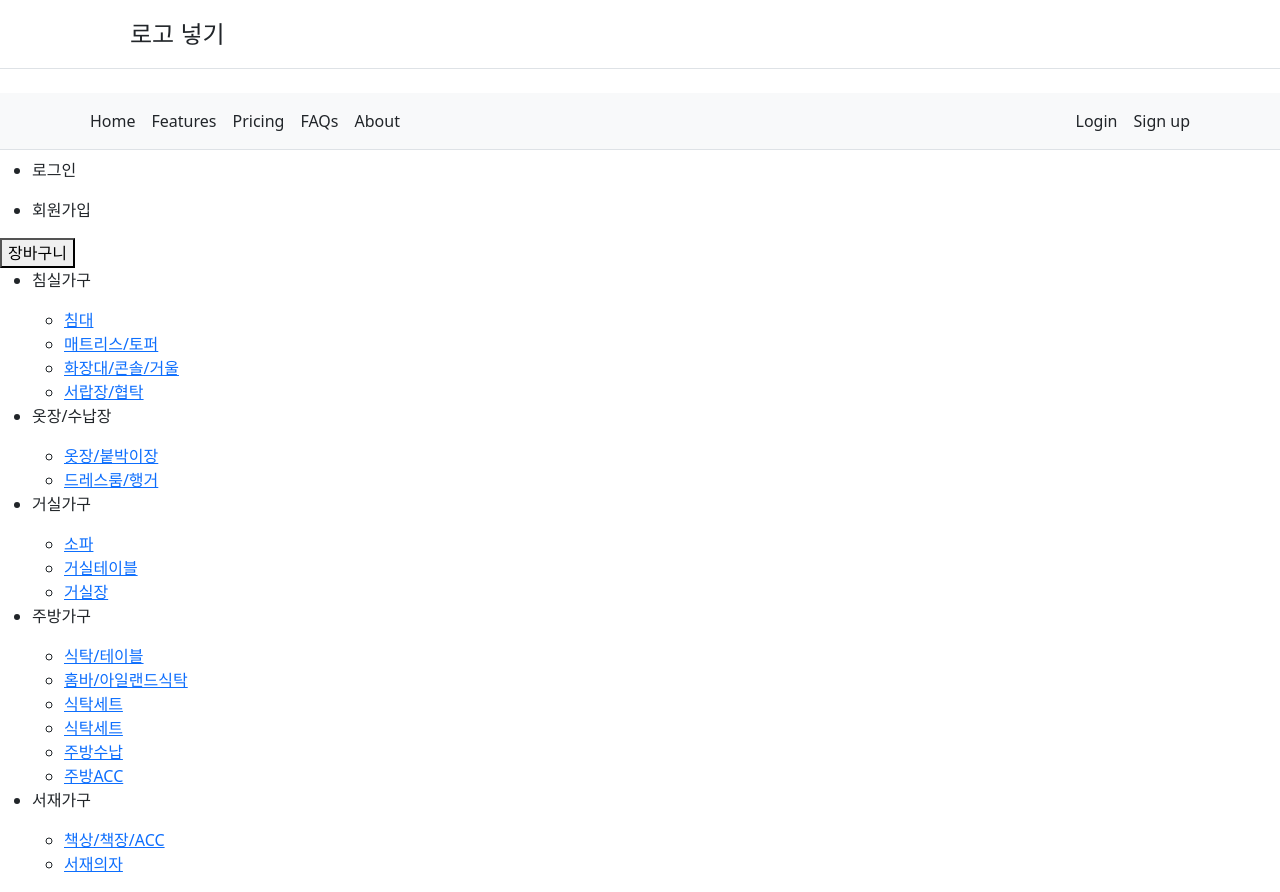
Repository: raoniee/Elice-House-Project
Page: FE/src/components/header/header.html
The author's editor kept a copy of each file at every save. The page is drawn from the files as they stood at one save, then again after the next save.
The browser window is 1280 px wide. The pictures show the whole page.

Above is the page before, as saved 2023-07-04 16:04:46.

After the next save:
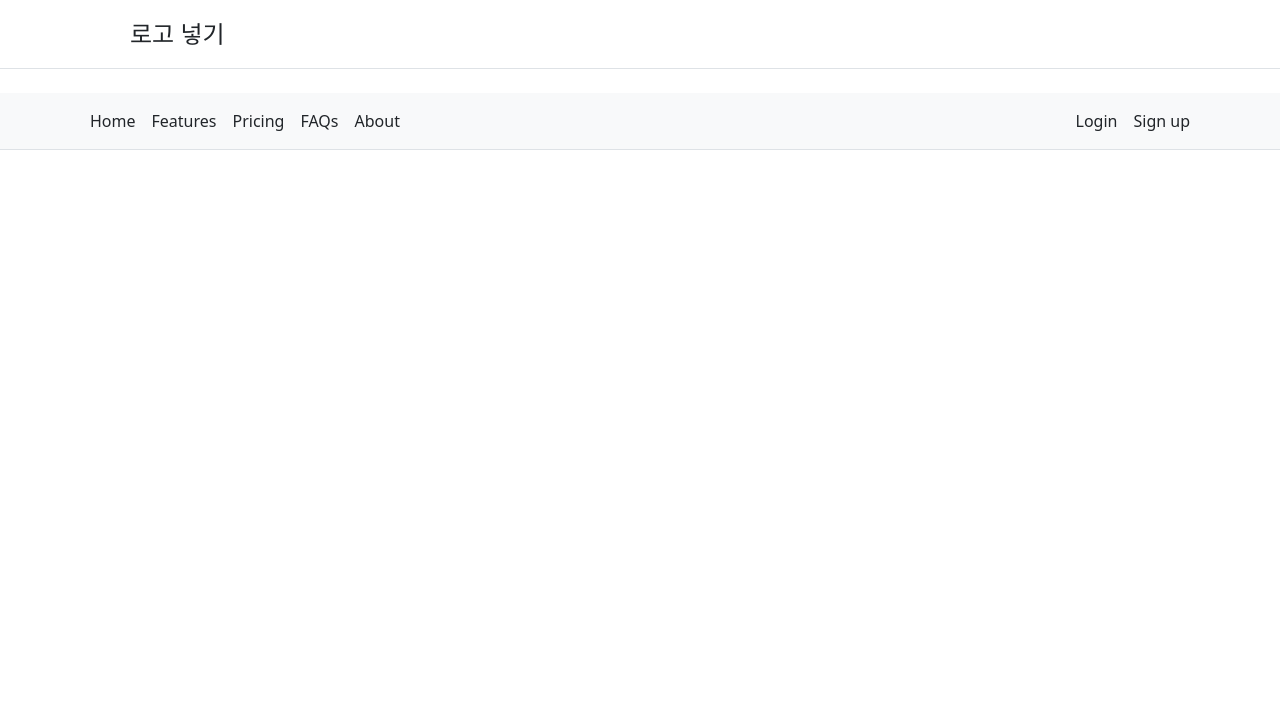
Saved 12 s later.
--- a/FE/src/components/header/header.html
+++ b/FE/src/components/header/header.html
@@ -61,94 +61,6 @@
         </ul>
       </div>
     </nav>
-    <header class="header">
-      <div class="top">
-        <div class="inner">
-          <h1>
-            <a href="/">
-              <div class="logo"></div>
-            </a>
-          </h1>
-          <div class="membership">
-            <ul>
-              <li><p>로그인</p></li>
-              <li><p>회원가입</p></li>
-            </ul>
-          </div>
-          <div class="basket">
-            <button>장바구니</button>
-          </div>
-        </div>
-      </div>
-      <div class="bottom">
-        <nav class="gnb">
-          <ul>
-            <li>
-              <p>침실가구</p>
-              <nav class="smenu">
-                <div class="smenu_inner">
-                  <ul>
-                    <li><a href="">침대</a></li>
-                    <li><a href="">매트리스/토퍼</a></li>
-                    <li><a href="">화장대/콘솔/거울</a></li>
-                    <li><a href="">서랍장/협탁</a></li>
-                  </ul>
-                </div>
-              </nav>
-            </li>
-            <li>
-              <p>옷장/수납장</p>
-              <nav class="smenu">
-                <div class="smenu_inner">
-                  <ul>
-                    <li><a href="">옷장/붙박이장</a></li>
-                    <li><a href="">드레스룸/행거</a></li>
-                  </ul>
-                </div>
-              </nav>
-            </li>
-            <li>
-              <p>거실가구</p>
-              <nav class="smenu">
-                <div class="smenu_inner">
-                  <ul>
-                    <li><a href="">소파</a></li>
-                    <li><a href="">거실테이블</a></li>
-                    <li><a href="">거실장</a></li>
-                  </ul>
-                </div>
-              </nav>
-            </li>
-            <li>
-              <p>주방가구</p>
-              <nav class="smenu">
-                <div class="smenu_inner">
-                  <ul>
-                    <li><a href="">식탁/테이블</a></li>
-                    <li><a href="">홈바/아일랜드식탁</a></li>
-                    <li><a href="">식탁세트</a></li>
-                    <li><a href="">식탁세트</a></li>
-                    <li><a href="">주방수납</a></li>
-                    <li><a href="">주방ACC</a></li>
-                  </ul>
-                </div>
-              </nav>
-            </li>
-            <li>
-              <p>서재가구</p>
-              <nav class="smenu">
-                <div class="smenu_inner">
-                  <ul>
-                    <li><a href="">책상/책장/ACC</a></li>
-                    <li><a href="">서재의자</a></li>
-                  </ul>
-                </div>
-              </nav>
-            </li>
-          </ul>
-        </nav>
-      </div>
-    </header>
     <script
       src="https://cdn.jsdelivr.net/npm/bootstrap@5.2.3/dist/js/bootstrap.bundle.min.js"
       integrity="sha384-kenU1KFdBIe4zVF0s0G1M5b4hcpxyD9F7jL+jjXkk+Q2h455rYXK/7HAuoJl+0I4"
